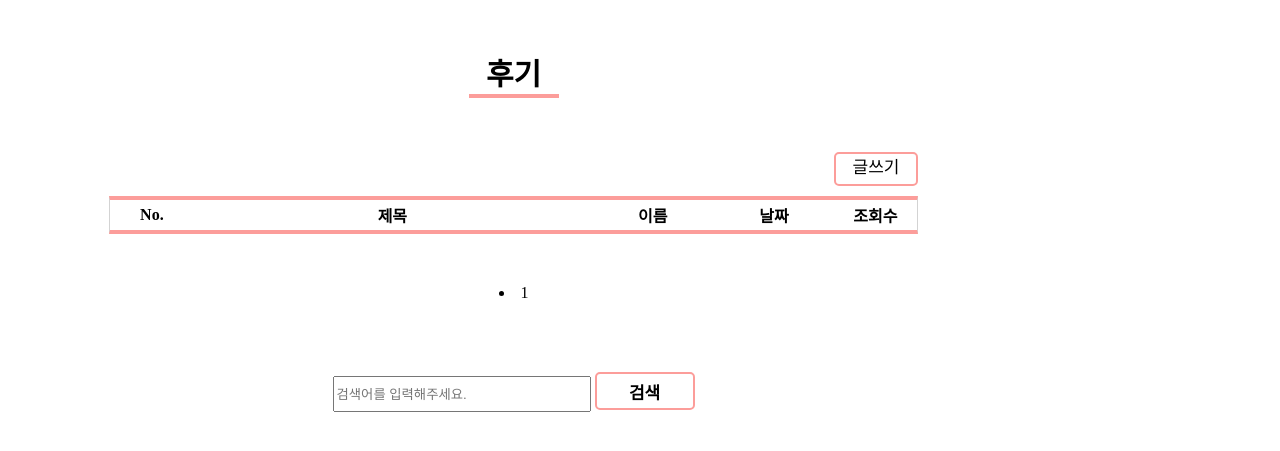
Repository: seugju/HSDsemi
Page: http://localhost/studioMood/postList?reqPage=1
An editor plug-in stored every save of this project. The page is shown before and after the next save, followed by the edit.
The browser window is 1280 px wide. The pictures show the whole page.
The page is served by Tomcat 9. Queries for data that is not in the repository find no rows.

Above is the page before, as saved 2020-11-23 07:56:20.

After the next save:
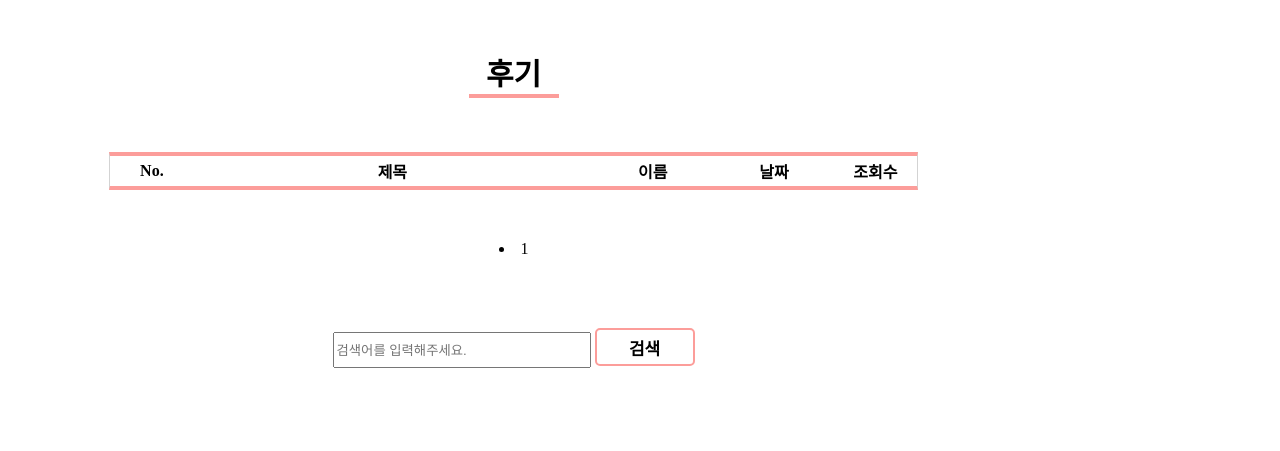
Saved 36 min 33 s later.
--- a/project-workspace/studioMood/WebContent/WEB-INF/views/post/postList.jsp
+++ b/project-workspace/studioMood/WebContent/WEB-INF/views/post/postList.jsp
@@ -88,11 +88,11 @@
        <br>
        <br>
 
-       <%//if(m!=null && m.getMemberLevel()==1) {%>
+       <%if(m!=null && m.getMemberLevel()==1) {%>
        <div class="write">
        <a href="/postWriterFrm" class="write-btn">글쓰기</a>
        </div>
-       <%//} %>
+       <%} %>
        <table class="post-table">
            <tr>
                <th width="10%">No.</th>
